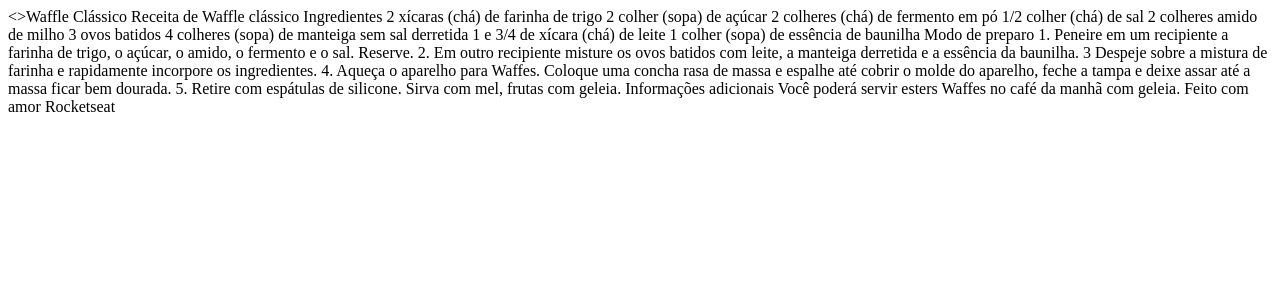
Repository: mferoc/MentoriaMais1CodeG7
Page: desafios-rocketseat-discover/Pagina_de_Receita/Página de Receita/index.html
The author's editor kept a copy of each file at every save. The page is drawn from the files as they stood at one save, then again after a run of saves.
The browser window is 1280 px wide. The pictures show the whole page.

Above is the page before, as saved 2022-06-29 20:16:21.

### desafios-rocketseat-discover/Pagina_de_Receita/Página de Receita/index.html
<!DOCTYPE html>
<html lang="pt-br">
<head>
    <meta charset="UTF-8">
    <meta http-equiv="X-UA-Compatible" content="IE=edge">
    <meta name="viewport" content="width=device-width, initial-scale=1.0">
    <title>Página de Receita</title>
</head>
<body>

<>Waffle Clássico

Receita de Waffle clássico

Ingredientes

2 xícaras (chá) de farinha de trigo
2 colher (sopa) de açúcar
2 colheres (chá) de fermento em pó
1/2 colher (chá) de sal
2 colheres amido de milho
3 ovos batidos
4 colheres (sopa) de manteiga sem sal derretida
1 e 3/4 de xícara (chá) de leite
1 colher (sopa) de essência de baunilha

Modo de preparo

1. Peneire em um recipiente a farinha de trigo, o açúcar, o amido, o fermento e o sal. Reserve.
2. Em outro recipiente misture os ovos batidos com leite, a manteiga derretida e a essência da baunilha.
3 Despeje sobre a mistura de farinha e rapidamente incorpore os ingredientes.
4. Aqueça o aparelho para Waffes. Coloque uma concha rasa de massa e espalhe até cobrir o molde do aparelho, feche a tampa e deixe assar até a massa ficar bem dourada.
5. Retire com espátulas de silicone. Sirva com mel, frutas com geleia.

Informações adicionais

Você poderá servir esters Waffes no café da manhã com geleia.

Feito com amor Rocketseat


</body>
</html>

After the next 5 saves:
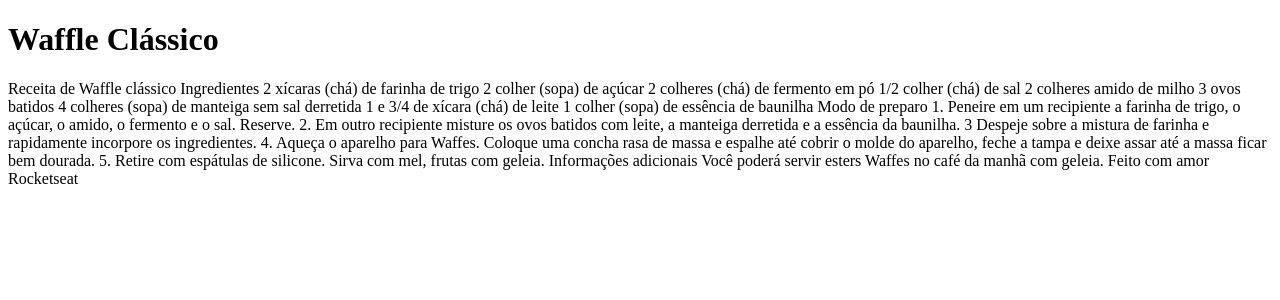
The 5 saves are shown as one change because they came seconds apart.
The last was saved 13 s later.
--- a/desafios-rocketseat-discover/Pagina_de_Receita/Página de Receita/index.html
+++ b/desafios-rocketseat-discover/Pagina_de_Receita/Página de Receita/index.html
@@ -8,7 +8,7 @@
 </head>
 <body>
 
-<>Waffle Clássico
+<h1>Waffle Clássico</h1>
 
 Receita de Waffle clássico
 
